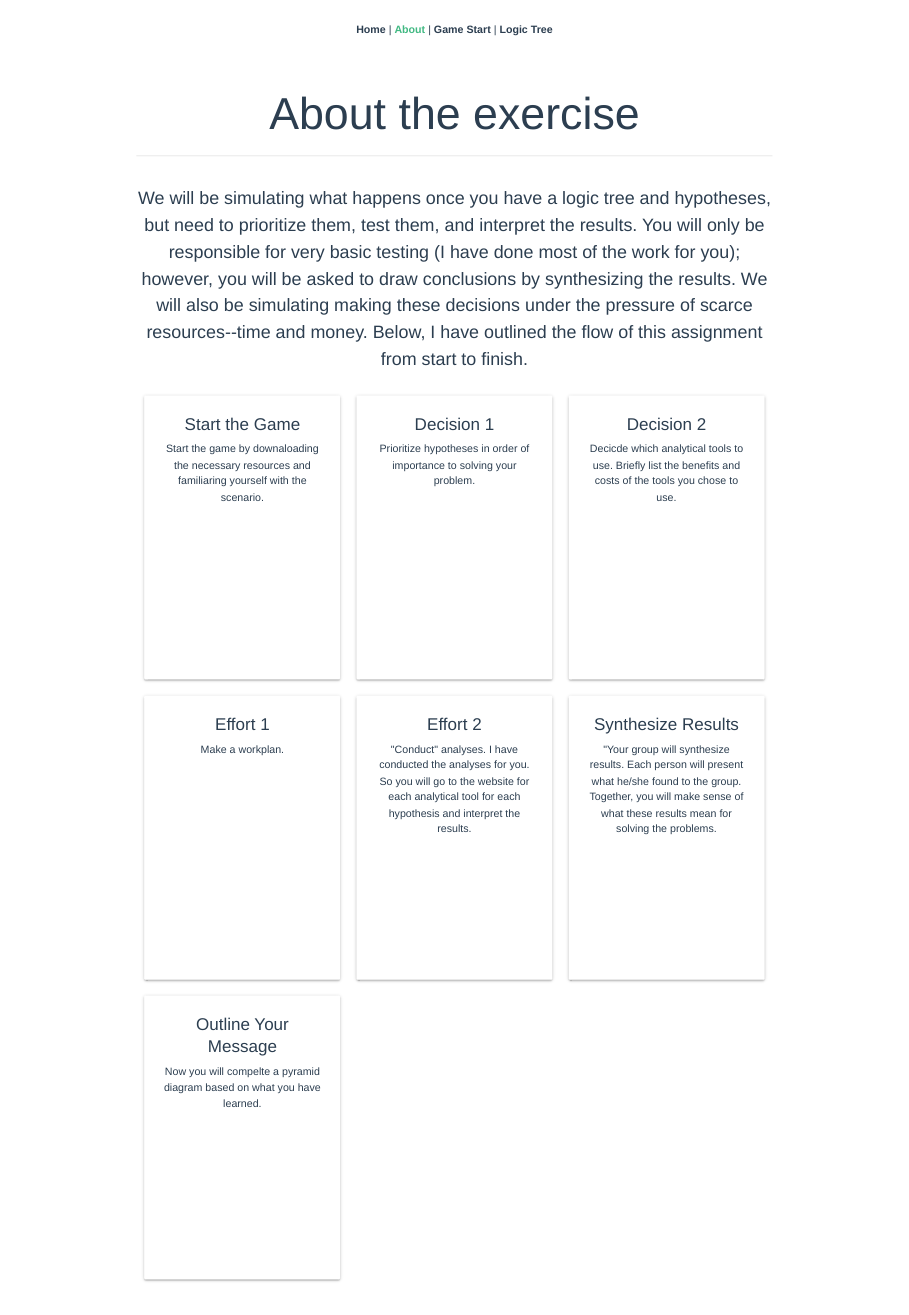
Repository: gallard28/posc4210app
Page: /#/about
These files come from the project's save history. The page is drawn as it stood at one moment and after the next save; the edit follows.
The browser window is 1280 px wide. The pictures show the whole page, at 71% of full size.
The project was rebuilt for these pictures with package versions that can differ from the ones it lists, and the page was loaded fresh each time. Also part of the build but not shown: src/views/Home.vue, src/views/Start.vue, src/views/Scenario.vue, src/views/Prioritize.vue.

Above is the page before, as saved 2020-09-20 21:18:04.

### public/index.html
<!DOCTYPE html>
<html lang="en">
  <head>
    <meta charset="utf-8">
    <meta http-equiv="X-UA-Compatible" content="IE=edge">
    <meta name="viewport" content="width=device-width,initial-scale=1.0">
    <link rel="icon" href="<%= BASE_URL %>favicon.ico">
    <title><%= htmlWebpackPlugin.options.title %></title>

    <!-- Materialize CSS -->
    <!-- Compiled and minified CSS -->
    <link rel="stylesheet" href="https://cdnjs.cloudflare.com/ajax/libs/materialize/1.0.0/css/materialize.min.css">

    <!-- Compiled and minified JavaScript -->
    <script src="https://cdnjs.cloudflare.com/ajax/libs/materialize/1.0.0/js/materialize.min.js"></script>

    <!-- Google Fonts -->
    <link href="https://fonts.googleapis.com/icon?family=Material+Icons" rel="stylesheet">

  </head>
  <body>
    <noscript>
      <strong>We're sorry but <%= htmlWebpackPlugin.options.title %> doesn't work properly without JavaScript enabled. Please enable it to continue.</strong>
    </noscript>
    <div id="app"></div>
    <!-- built files will be auto injected -->
  </body>
</html>

### src/App.vue
<template>
  <div id="app">
    <div id="nav">
      <router-link to="/">Home</router-link> |
      <router-link to="/about">About</router-link> |
      <router-link to="/start">Game Start</router-link> |
      <router-link to="/scenario">Logic Tree</router-link>
    </div>
    <router-view/>
  </div>
</template>

<style>
#app {
  font-family: Avenir, Helvetica, Arial, sans-serif;
  -webkit-font-smoothing: antialiased;
  -moz-osx-font-smoothing: grayscale;
  text-align: center;
  color: #2c3e50;
}

#nav {
  padding: 30px;
}

#nav a {
  font-weight: bold;
  color: #2c3e50;
}

#nav a.router-link-exact-active {
  color: #42b983;
}
</style>

### src/router/index.js
import Vue from 'vue'
import VueRouter from 'vue-router'
import Home from '../views/Home.vue'
import Start from '../views/Start.vue'
import Scenario from '../views/Scenario.vue'
import Prioritize from '../views/Prioritize.vue'

Vue.use(VueRouter)

const routes = [
  {
    path: '/',
    name: 'Home',
    component: Home
  },
  {
    path: '/start',
    name: 'Start',
    component: Start
  },
  {
    path: '/scenario',
    name: 'Scenario',
    component: Scenario
  },
  {
    path: '/prioritize',
    name: 'Prioritize',
    component: Prioritize
  },
  {
    path: '/about',
    name: 'About',
    // route level code-splitting
    // this generates a separate chunk (about.[hash].js) for this route
    // which is lazy-loaded when the route is visited.
    component: () => import(/* webpackChunkName: "about" */ '../views/About.vue')
  }
]

const router = new VueRouter({
  routes
})

export default router

### src/views/About.vue
<template>
  <div class="about container">
    <h1>About the exercise </h1>
    <div class="divider"></div>
    <div class="section">
      <div class="row">
        <p class="flow-text">We will be simulating what happens once you have a logic tree and hypotheses, but need to prioritize them, test them, and interpret the results. You will only be responsible for very basic testing (I have done most of the work for you); however, you will be asked to draw conclusions by synthesizing the results. We will also be simulating making these decisions under the pressure of scarce resources--time and money. Below, I have outlined the flow of this assignment from start to finish.</p>
        <!-- Card 1 -->
        <div class="col s12 m4">
          <div class="card medium">
            <div class="card-content">
              <span class="card-title">Start the Game</span>
              <p>Start the game by downaloading the necessary resources and familiaring yourself with the scenario.</p>
            </div>
          </div>
        </div>
        <!-- Card 2 -->
        <div class="col s12 m4">
          <div class="card medium">
            <div class="card-content">
              <span class="card-title">Decision 1</span>
              <p>Prioritize hypotheses in order of importance to solving your problem.</p>
            </div>
          </div>
        </div>
        <!-- Card 3 -->
        <div class="col s12 m4">
          <div class="card medium">
            <div class="card-content">
              <span class="card-title">Decision 2</span>
              <p>Decicde which analytical tools to use. Briefly list the benefits and costs of the tools you chose to use.</p>
            </div>
          </div>
        </div>
        <!-- Card 4 -->
        <div class="col s12 m4">
          <div class="card medium">
            <div class="card-content">
              <span class="card-title">Effort 1</span>
              <p>Make a workplan.</p>
            </div>
          </div>
        </div>
        <!-- Card 5 -->
        <div class="col s12 m4">
          <div class="card medium">
            <div class="card-content">
              <span class="card-title">Effort 2</span>
              <p>"Conduct" analyses. I have conducted the analyses for you. So you will go to the website for each analytical tool for each hypothesis and interpret the results.</p>
            </div>
          </div>
        </div>
        <!-- Card 6 -->
        <div class="col s12 m4">
          <div class="card medium">
            <div class="card-content">
              <span class="card-title">Synthesize Results</span>
              <p>"Your group will synthesize results. Each person will present what he/she found to the group. Together, you will make sense of what these results mean for solving the problems.</p>
            </div>
          </div>
        </div>
        <!-- Card 7 -->
        <div class="col s12 m4">
          <div class="card medium">
            <div class="card-content">
              <span class="card-title">Outline Your Message</span>
              <p>Now you will compelte a pyramid diagram based on what you have learned.</p>
            </div>
          </div>
        </div>
      </div>
      <!-- End Row -->
    </div>
  </div>
</template>

<script>
export default {
  name:'About'
}
</script>

<style scoped>

</style>

Loaded but not shown: src/main.js (common file)

After the next save:
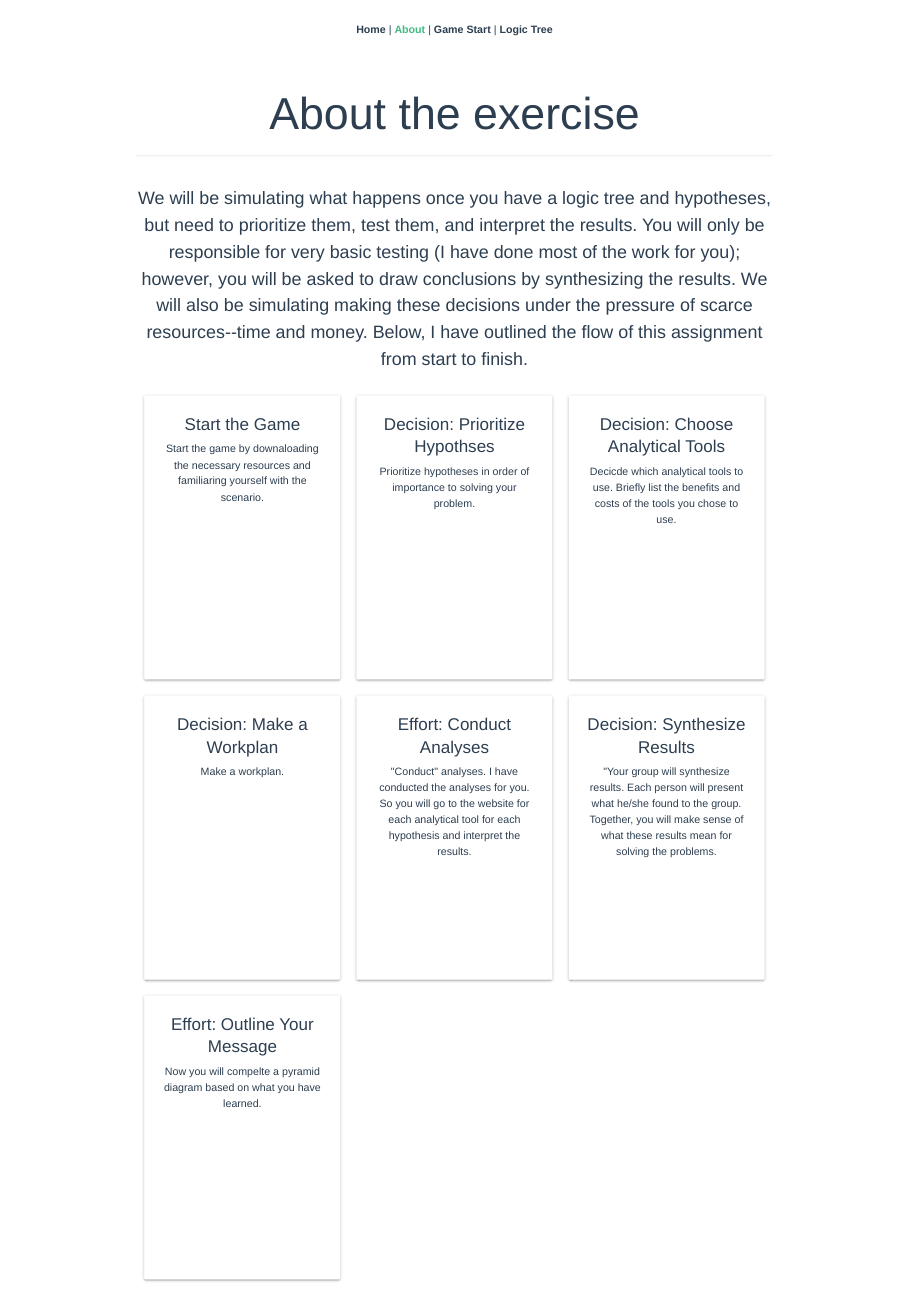
Saved 5 min 6 s later.
--- a/src/views/About.vue
+++ b/src/views/About.vue
@@ -18,7 +18,7 @@
         <div class="col s12 m4">
           <div class="card medium">
             <div class="card-content">
-              <span class="card-title">Decision 1</span>
+              <span class="card-title">Decision: Prioritize Hypothses</span>
               <p>Prioritize hypotheses in order of importance to solving your problem.</p>
             </div>
           </div>
@@ -27,7 +27,7 @@
         <div class="col s12 m4">
           <div class="card medium">
             <div class="card-content">
-              <span class="card-title">Decision 2</span>
+              <span class="card-title">Decision: Choose Analytical Tools</span>
               <p>Decicde which analytical tools to use. Briefly list the benefits and costs of the tools you chose to use.</p>
             </div>
           </div>
@@ -36,7 +36,7 @@
         <div class="col s12 m4">
           <div class="card medium">
             <div class="card-content">
-              <span class="card-title">Effort 1</span>
+              <span class="card-title">Decision: Make a Workplan</span>
               <p>Make a workplan.</p>
             </div>
           </div>
@@ -45,7 +45,7 @@
         <div class="col s12 m4">
           <div class="card medium">
             <div class="card-content">
-              <span class="card-title">Effort 2</span>
+              <span class="card-title">Effort: Conduct Analyses</span>
               <p>"Conduct" analyses. I have conducted the analyses for you. So you will go to the website for each analytical tool for each hypothesis and interpret the results.</p>
             </div>
           </div>
@@ -54,7 +54,7 @@
         <div class="col s12 m4">
           <div class="card medium">
             <div class="card-content">
-              <span class="card-title">Synthesize Results</span>
+              <span class="card-title">Decision: Synthesize Results</span>
               <p>"Your group will synthesize results. Each person will present what he/she found to the group. Together, you will make sense of what these results mean for solving the problems.</p>
             </div>
           </div>
@@ -63,7 +63,7 @@
         <div class="col s12 m4">
           <div class="card medium">
             <div class="card-content">
-              <span class="card-title">Outline Your Message</span>
+              <span class="card-title">Effort: Outline Your Message</span>
               <p>Now you will compelte a pyramid diagram based on what you have learned.</p>
             </div>
           </div>
